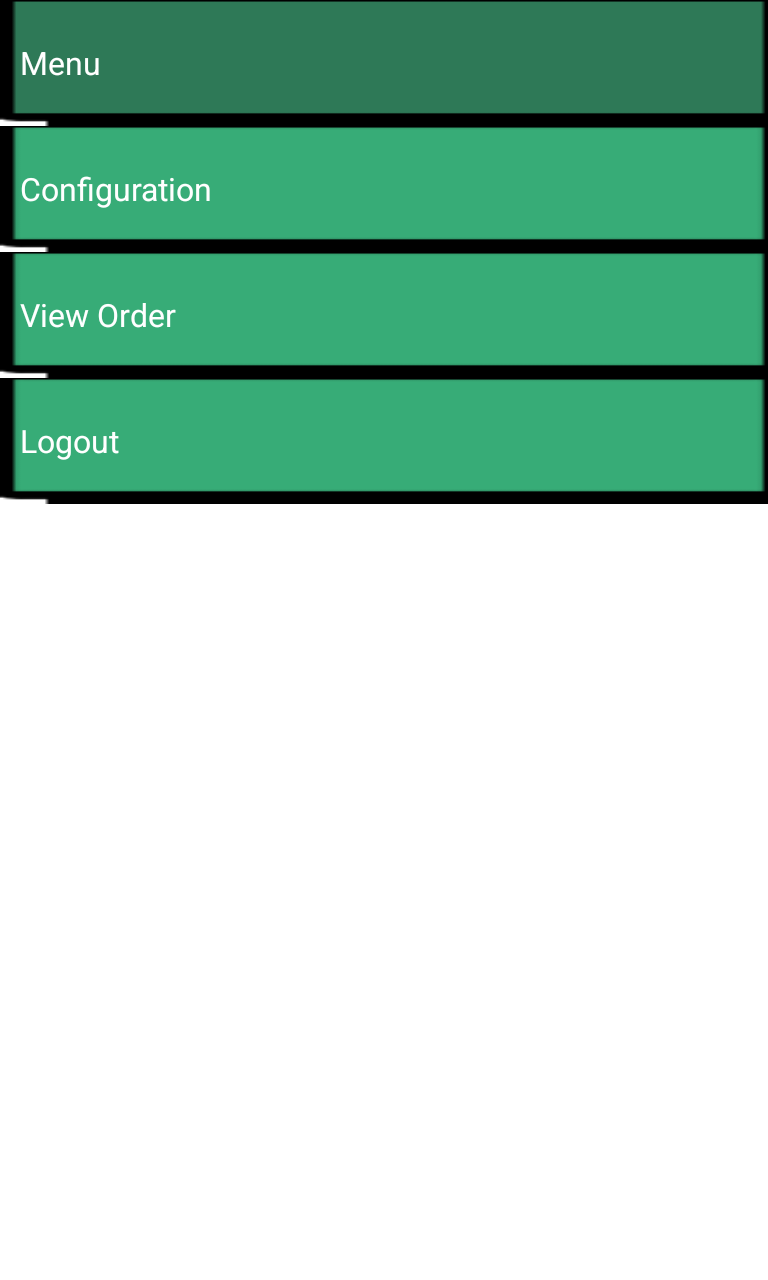
Repository: VanThi/Smart_Order
Layout: Project OS/Project_SO/res/layout/customer_menu.xml
An editor plug-in stored every save of this project. The layout is shown before and after the next save, followed by the edit.
It is drawn on a 768 x 1280 px phone screen (xhdpi) without system bars, with theme AppTheme; the app's code is not run.

Above is the layout before, as saved 2013-11-06 04:16:37.

### Project OS/Project_SO/res/layout/customer_menu.xml
<?xml version="1.0" encoding="utf-8"?>
<LinearLayout xmlns:android="http://schemas.android.com/apk/res/android"
    android:layout_width="fill_parent"
    android:layout_height="fill_parent"
    android:orientation="vertical" >

    <TextView
        android:id="@+id/customer_menu_item"
        style="@style/MENU"
        android:text="@string/menu_item"
        android:background="@drawable/menu_bg_selected"/>

    <TextView
        android:id="@+id/configuration"
        style="@style/MENU"
        android:text="@string/configuration"/>

    <TextView
        android:id="@+id/viewOrder"
        style="@style/MENU"
        android:text="@string/viewOrder"/>

    <TextView
        android:id="@+id/logout"
        style="@style/MENU"
        android:text="@string/logout"/>

</LinearLayout>

### Project OS/Project_SO/res/values/styles.xml
<resources>

    <!--
        Base application theme, dependent on API level. This theme is replaced
        by AppBaseTheme from res/values-vXX/styles.xml on newer devices.
    -->
    <style name="AppBaseTheme" parent="android:Theme.Light">
        <!--
            Theme customizations available in newer API levels can go in
            res/values-vXX/styles.xml, while customizations related to
            backward-compatibility can go here.
        -->
    </style>

    <style name="NoActionBar" parent="@android:style/Theme.Holo.NoActionBar">
        <!-- Inherits the Holo theme with no action bar; no other styles needed. -->
    </style>

    <!-- Application theme. -->
    <style name="AppTheme" parent="AppBaseTheme">
        <!-- All customizations that are NOT specific to a particular API-level can go here. -->
    </style>

    <style name="HeaderBG">
        <item name="android:layout_width">fill_parent</item>
        <item name="android:layout_height">60dp</item>
        <item name="android:background">@drawable/header_bg</item>
        <item name="android:orientation">horizontal</item>
    </style>

    <style name="HeaderText">
        <item name="android:textColor">#FFFFFF</item>
        <item name="android:textSize">22sp</item>
        <item name="android:textStyle">bold</item>
        <item name="android:ellipsize">end</item>
        <item name="android:gravity">center</item>
        <item name="android:singleLine">true</item>
        <item name="android:text">@string/app_name</item>
    </style>

    <style name="Background">
        <item name="android:layout_width">fill_parent</item>
        <item name="android:layout_height">fill_parent</item>
        <item name="android:background">@color/background</item>
        <item name="android:orientation">vertical</item>
    </style>

    <style name="BackgroundLogo">
        <item name="android:layout_width">350dp</item>
        <item name="android:layout_height">350dp</item>
        <item name="android:layout_alignParentBottom">true</item>
        <item name="android:layout_alignParentRight">true</item>
    </style>

    <style name="MENU">
        <item name="android:layout_width">fill_parent</item>
        <item name="android:layout_height">63dp</item>
        <item name="android:background">@drawable/menu_bg</item>
        <item name="android:gravity">center_vertical</item>
        <item name="android:padding">10dp</item>
        <item name="android:textColor">#FFFFFF</item>
        <item name="android:textSize">16sp</item>
    </style>

    <style name="TextDescription">
        <item name="android:textColor">@color/black</item>
        <item name="android:textSize">16sp</item>
        <item name="android:typeface">sans</item>
        <item name="android:textStyle">bold</item>
    </style>

    <style name="Text">
        <item name="android:textColor">@color/black</item>
        <item name="android:textSize">14sp</item>
        <item name="android:typeface">sans</item>
    </style>

    <style name="EditText">
        <item name="android:textColor">@color/black</item>
        <item name="android:textSize">14sp</item>
        <item name="android:typeface">sans</item>
        <item name="android:padding">5dp</item>
    </style>

    <style name="Button">
        <item name="android:padding">5dp</item>
        <item name="android:textStyle">bold</item>
        <item name="android:textColor">@color/white</item>
        <item name="android:textSize">14sp</item>
        <item name="android:background">@drawable/btn_bg</item>
        <item name="android:typeface">sans</item>
        <item name="android:layout_width">90dp</item>
        <item name="android:layout_height">40dp</item>
    </style>

    <style name="ButtonRight">
        <item name="android:padding">5dp</item>
        <item name="android:textStyle">bold</item>
        <item name="android:textColor">@color/white</item>
        <item name="android:textSize">14sp</item>
        <item name="android:background">@drawable/btn_bg</item>
        <item name="android:typeface">sans</item>
        <item name="android:layout_width">90dp</item>
        <item name="android:layout_height">40dp</item>
        <item name="android:layout_marginLeft">5dp</item>
    </style>

    <style name="CustomProgressBar" parent="android:Widget.ProgressBar.Horizontal">
        <item name="android:layout_width">200dp</item>
        <item name="android:layout_height">wrap_content</item>
        <item name="android:padding">5dp</item>
        <item name="android:layout_marginRight">10dp</item>
        <item name="android:indeterminateOnly">false</item>
        <item name="android:progressDrawable">@drawable/custom_progress_bar_horizontal</item>
        <item name="android:minHeight">10dip</item>
        <item name="android:maxHeight">20dip</item>
    </style>

    <style name="ProgressBarTitle">
        <item name="android:textColor">#514F4F</item>
        <item name="android:textSize">14sp</item>
        <item name="android:typeface">sans</item>
        <item name="android:layout_width">0dp</item>
        <item name="android:layout_height">wrap_content</item>
        <item name="android:layout_weight">1</item>
    </style>

    <style name="ProgressBarTotalTitle">
        <item name="android:textColor">#000000</item>
        <item name="android:textSize">15sp</item>
        <item name="android:typeface">sans</item>
        <item name="android:layout_width">0dp</item>
        <item name="android:layout_height">wrap_content</item>
        <item name="android:layout_weight">1</item>
    </style>

</resources>

### Project OS/Project_SO/res/values/strings.xml
<?xml version="1.0" encoding="utf-8"?>
<resources>

    <string name="app_name">Smart_Order</string>
    <string name="action_settings">Settings</string>
    <string name="hello_world">Hello world!</string>
    <string name="menu_item">Menu</string>
    <string name="configuration">Configuration</string>
    <string name="viewOrder">View Order</string>
    <string name="logout">Logout</string>

</resources>

### Project OS/Project_SO/res/drawable/menu_bg.xml
<?xml version="1.0" encoding="utf-8"?>
<selector xmlns:android="http://schemas.android.com/apk/res/android">
    <item android:state_pressed="true"
          android:drawable="@drawable/menu_bg_selected" /> <!-- pressed -->
    <item android:state_focused="true"
          android:drawable="@drawable/menu_bg_selected" /> <!-- focused -->
    <item android:drawable="@drawable/menu_bg_normal" /> <!-- default -->
</selector>

Loaded but not shown: Project OS/Project_SO/res/values-v11/styles.xml (common file); Project OS/Project_SO/res/values-v14/styles.xml (common file)

After the next save:
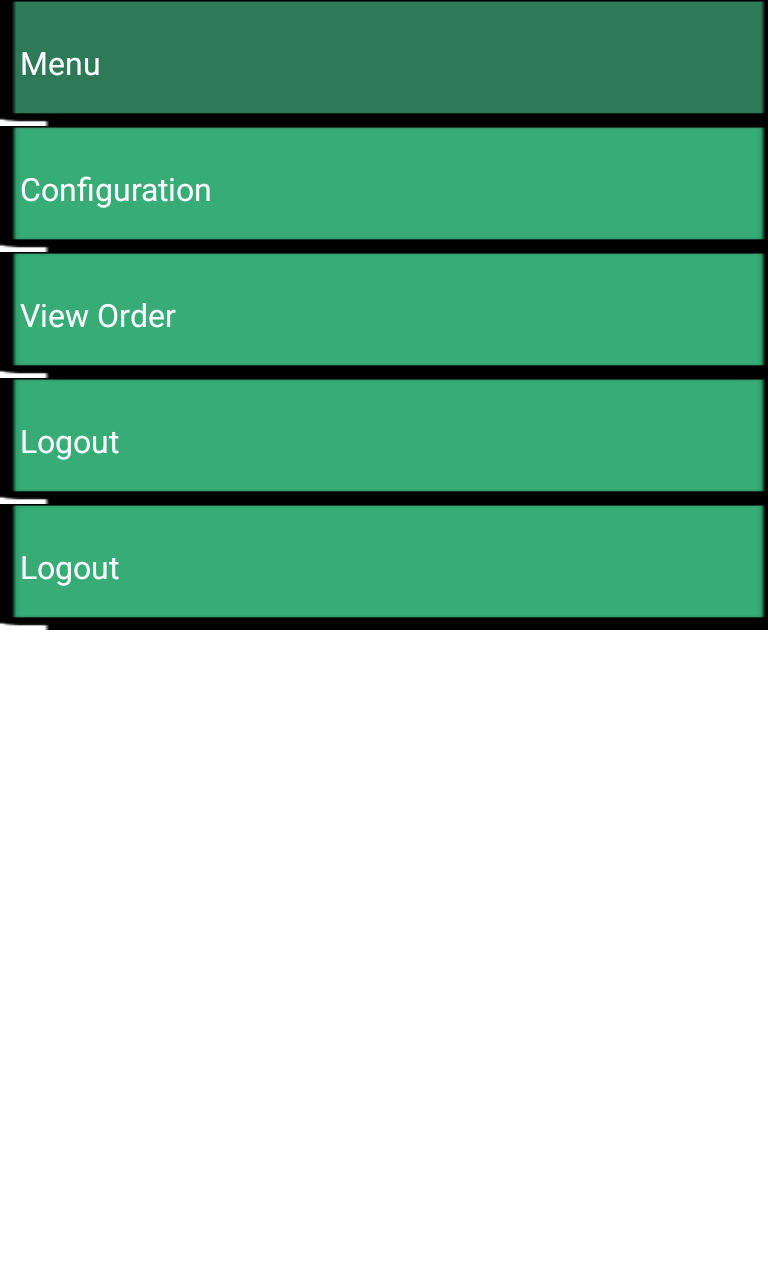
Saved 2 min 47 s later.
--- a/Project OS/Project_SO/res/layout/customer_menu.xml
+++ b/Project OS/Project_SO/res/layout/customer_menu.xml
@@ -25,4 +25,9 @@
         style="@style/MENU"
         android:text="@string/logout"/>
 
+    <TextView
+        android:id="@+id/exit"
+        style="@style/MENU"
+        android:text="@string/logout"/>
+
 </LinearLayout>
